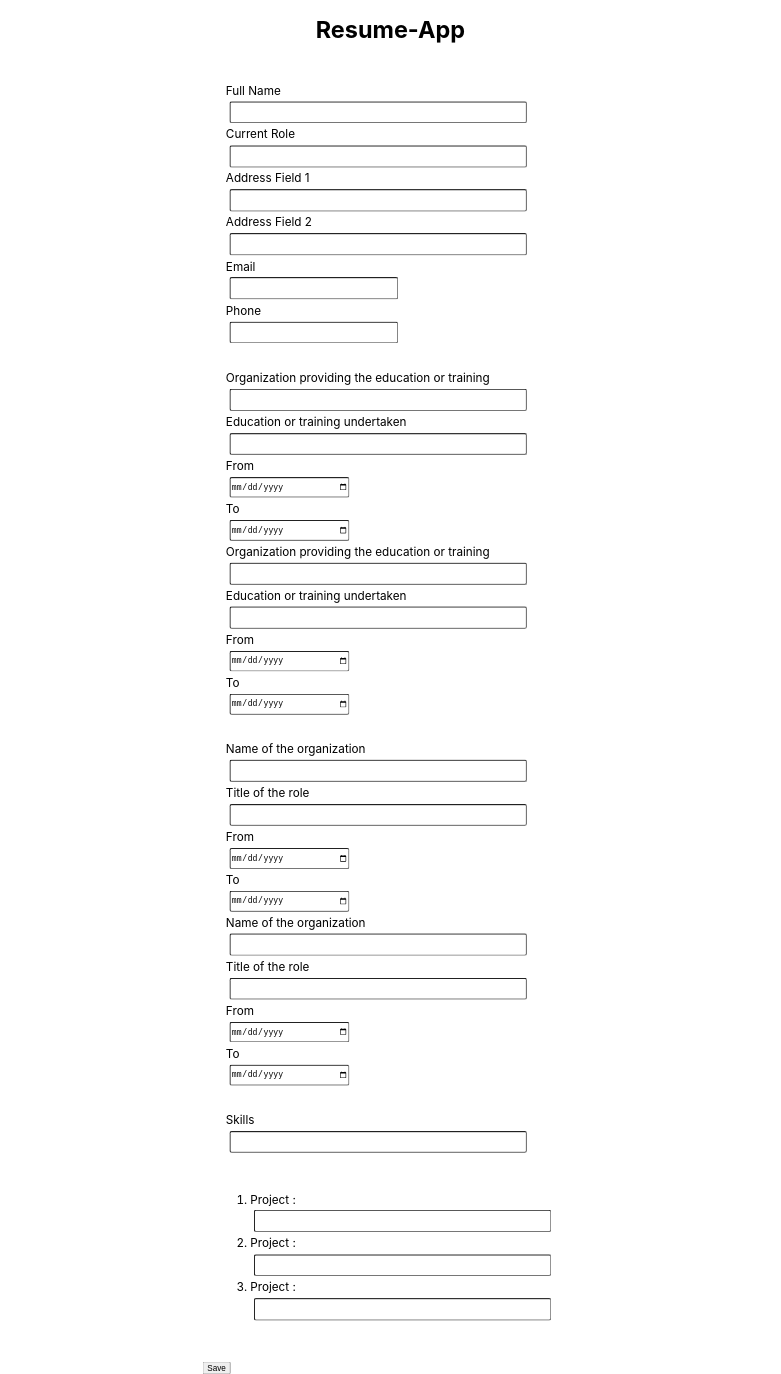
Repository: 0101chaitanya/resume-app
Page: /
An editor plug-in stored every save of this project. The page is shown before and after the next save, followed by the edit.
The browser window is 1280 px wide. The pictures show the whole page, at 61% of full size.
The project was rebuilt for these pictures with package versions that can differ from the ones it lists, and the page was loaded fresh each time.

Above is the page before, as saved 2021-07-28 15:45:52.

After the next save:
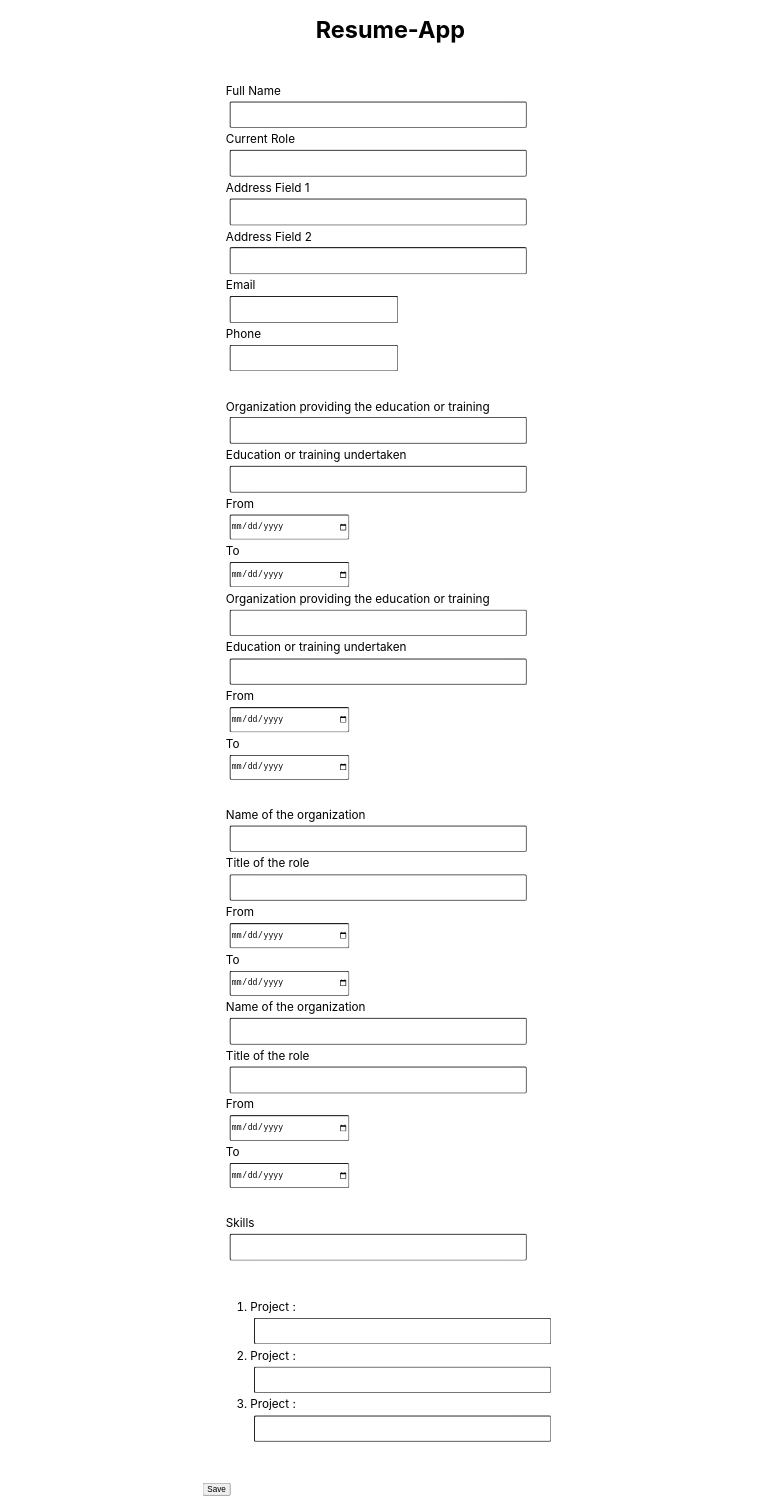
Saved 4 s later.
--- a/src/App.css
+++ b/src/App.css
@@ -3,7 +3,7 @@
 }
 input {
   border-radius: 0.2rem;
-  height: 1.6rem;
+  height: 2rem;
 }
 .app {
   margin: auto;

After the 2 saves that followed:
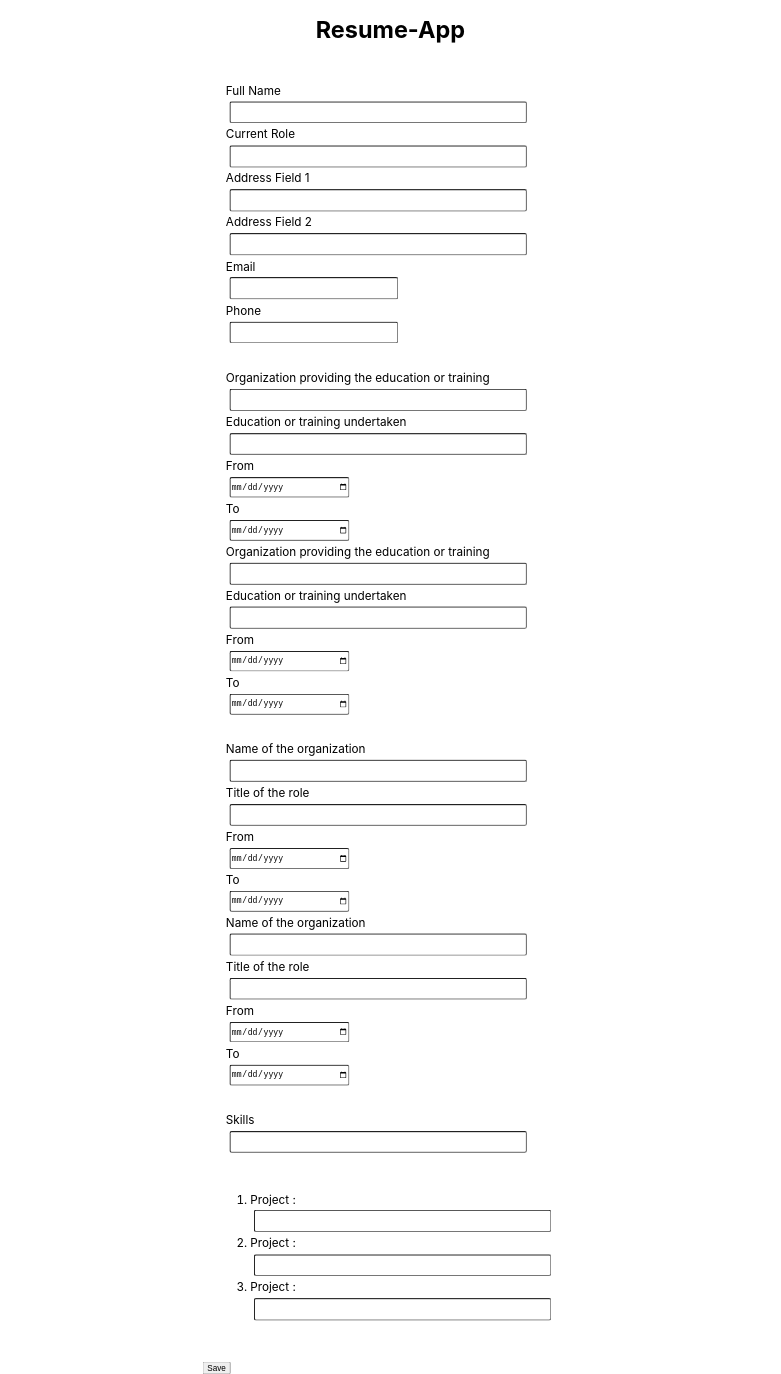
The 2 saves are shown as one change because they came seconds apart.
The last was saved 7 s later.
--- a/src/App.css
+++ b/src/App.css
@@ -3,7 +3,7 @@
 }
 input {
   border-radius: 0.2rem;
-  height: 2rem;
+  height: 1.6rem;
 }
 .app {
   margin: auto;
